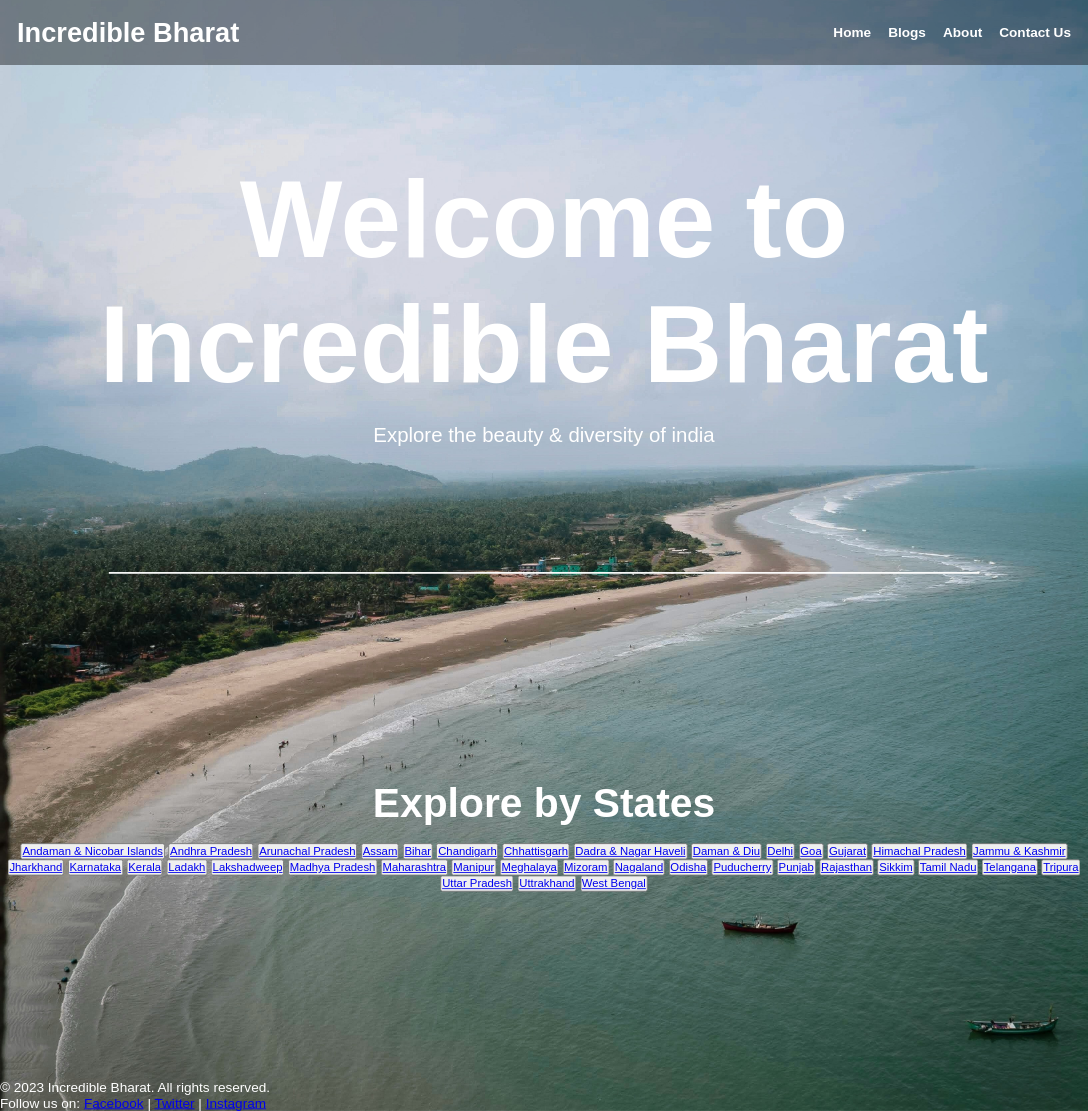
Repository: jaidhiman111/incrediblebharat
Page: index.html
An editor plug-in stored every save of this project. The page is shown before and after the next save, followed by the edit.
The browser window is 1280 px wide. The pictures show the whole page, at 85% of full size.

Above is the page before, as saved 2025-04-30 22:26:11.

### index.html
<!DOCTYPE html>
<html lang="en">
<head>
    <meta charset="UTF-8">
    <link rel="stylesheet" href="/assets/style.css">
    <meta name="viewport" content="width=device-width, initial-scale=1.0">
    <title>Document</title>
</head>
<body>
    <!-- This is the header of the page. -->
    <header class="header">
        <div class="logo">
            <h1>Incredible Bharat</h1>
        </div>
        <div class="nav">
            <nav>
                <ul>
                    <li>
                        <a href="#">Home</a>
                        <a href="#">Blogs</a>
                        <a href="#">About</a>
                        <a href="#">Contact Us</a>
                    </li>
                </ul>
            </nav>
        </div>
    </header>
    <!-- This is the main content of the page. -->
     <main class="main-container">
        <section class="hero-section">
            <h2>Welcome to Incredible Bharat</h2>
            <a href="#">Explore the beauty & diversity of india</a>
        </section>
        <hr>
        <section class="state-section">
        <div>
            <h2>Explore by States</h2>
        </div>
        <div class="state-button">
            <button type="button"><a href="#">Andaman & Nicobar Islands</a></button>
            <button type="button"><a href="#">Andhra Pradesh</a></button>
            <button type="button"><a href="#">Arunachal Pradesh</a></button>
            <button type="button"><a href="#">Assam</a></button>
            <button type="button"><a href="#">Bihar</a></button>
            <button type="button"><a href="#">Chandigarh</a></button>
            <button type="button"><a href="#">Chhattisgarh</a></button>
            <button type="button"><a href="#">Dadra & Nagar Haveli</a></button>
            <button type="button"><a href="#">Daman & Diu</a></button>
            <button type="button"><a href="#">Delhi</a></button>
            <button type="button"><a href="#">Goa</a></button>
            <button type="button"><a href="#">Gujarat</a></button>
            <button type="button"><a href="#">Himachal Pradesh</a></button>
            <button type="button"><a href="#">Jammu & Kashmir</a></button>
            <button type="button"><a href="#">Jharkhand</a></button>
            <button type="button"><a href="#">Karnataka</a></button>
            <button type="button"><a href="#">Kerala</a></button>
            <button type="button"><a href="#">Ladakh</a></button>
            <button type="button"><a href="#">Lakshadweep</a></button>
            <button type="button"><a href="#">Madhya Pradesh</a></button>
            <button type="button"><a href="#">Maharashtra</a></button>
            <button type="button"><a href="#">Manipur</a></button>
            <button type="button"><a href="#">Meghalaya</a></button>
            <button type="button"><a href="#">Mizoram</a></button>
            <button type="button"><a href="#">Nagaland</a></button>
            <button type="button"><a href="#">Odisha</a></button>
            <button type="button"><a href="#">Puducherry</a></button>
            <button type="button"><a href="#">Punjab</a></button>
            <button type="button"><a href="#">Rajasthan</a></button>
            <button type="button"><a href="#">Sikkim</a></button>
            <button type="button"><a href="#">Tamil Nadu</a></button>
            <button type="button"><a href="#">Telangana</a></button>
            <button type="button"><a href="#">Tripura</a></button>
            <button type="button"><a href="#">Uttar Pradesh</a></button>
            <button type="button"><a href="#">Uttrakhand</a></button>
            <button type="button"><a href="#">West Bengal</a></button>
            </div>
        </section>
     </main>
     <!-- This is the footer of the page. -->
      <footer class="footer">
        <div>
            <p>&copy; 2023 Incredible Bharat. All rights reserved.</p>
            <p>Follow us on:
                <a href="#">Facebook</a> |
                <a href="#">Twitter</a> |
                <a href="#">Instagram</a>
        </div>
      </footer>
</body>
</html>

### assets/style.css
* {
    box-sizing: border-box;
    margin: 0;
    padding: 0;
}

body {
    font-family: Arial, sans-serif;
    background-image: url('/media/bg-cover.jpg');
    background-size: cover;
    background-repeat: no-repeat;
    background-position: center;
    color: #fff;
}

/* This is for header */
.header {
    background-color: rgba(0, 0, 0, 0.4);
    display: flex;
    justify-content: space-between;
    align-items: center;
    padding: 20px;
    position: sticky;
    top: 0;
    text-align: center;
}

li {
    list-style: none;
    display: flex;
    gap: 20px;
}

li a {
    text-decoration: none;
    color: #fff;
    font-weight: bold;
}

a:hover {
    color: #ff6347;
}

/* This is for section */
.hero-section {
    display: flex;
    flex-direction: column;    /* stack items vertically */
    justify-content: center;   /* center vertically */
    align-items: center;       /* center horizontally */
    height: 80vh;
    text-align: center;
}

.hero-section h2 {
    font-size: 8rem;
    margin-bottom: 20px;
}

.hero-section a {
    text-decoration: none;
    color: #fff;
    font-size: 1.5rem;
    margin-bottom: 20px;
}

.hero-section a:hover {
    color: #fff;
    text-decoration: underline;
    transform: scale(1.1);
    transition: transform 0.3s ease-in-out;
}

hr {
    width: 80%;
    margin: 20px auto;
    border: 1px solid #fff;
}

.state-section {
    display: flex;
    flex-direction: column;    /* stack items vertically */
    justify-content: center;
    align-items: center;
    height: 80vh;
    text-align: center;
}

.state-section h2 {
    font-size: 3rem;
    margin-bottom: 20px;
}

After the next save:
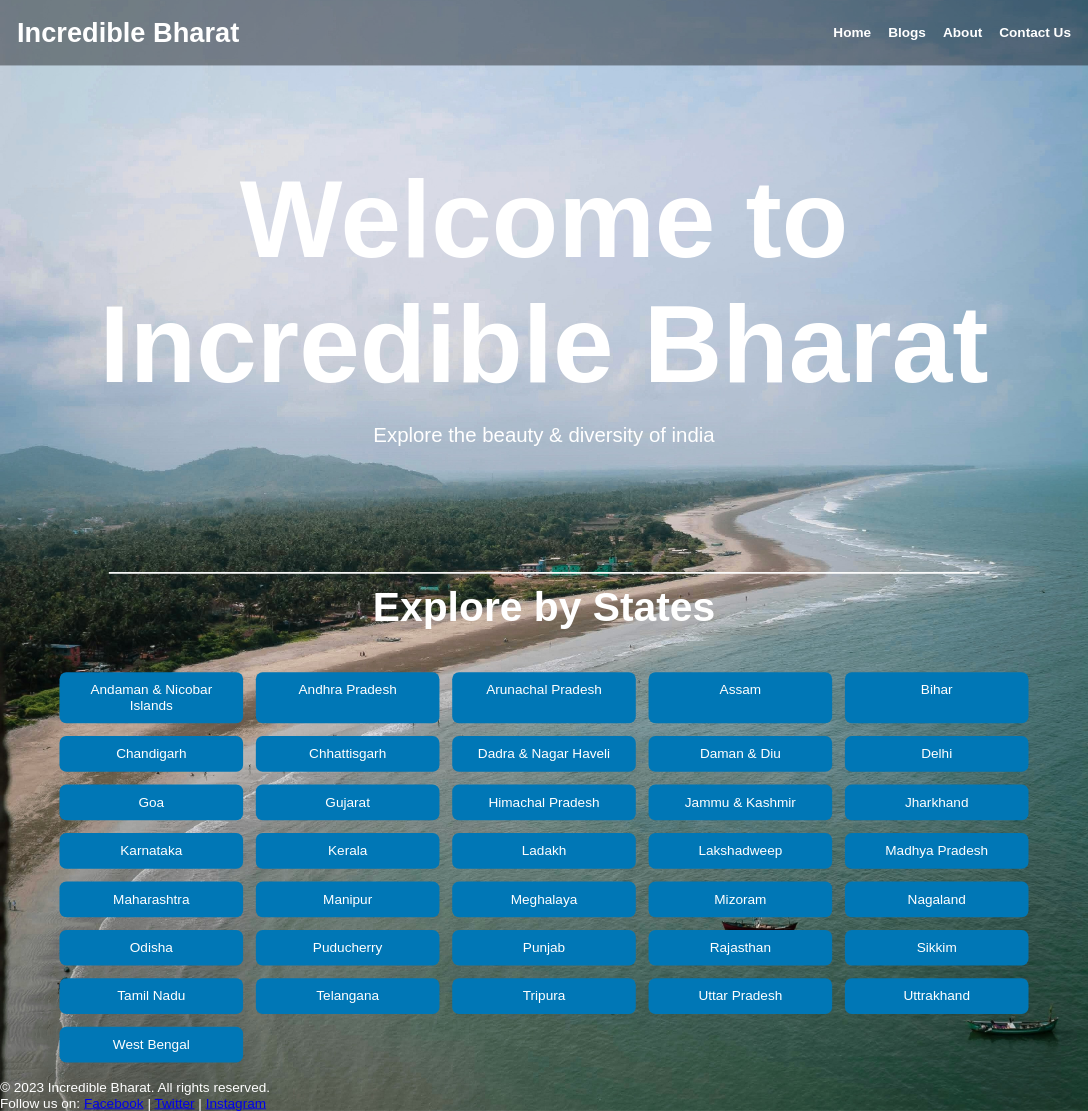
Saved 46 s later.
--- a/assets/style.css
+++ b/assets/style.css
@@ -89,3 +89,35 @@ hr {
     font-size: 3rem;
     margin-bottom: 20px;
 }
+
+.state-button {
+    display: grid;
+    grid-template-columns: repeat(auto-fit, minmax(200px, 1fr)); /* Responsive grid */
+    gap: 15px;
+    padding: 30px;
+    max-width: 1200px;
+    margin: 0 auto;
+  }
+
+  .state-button button {
+    background-color: #0077b6;  /* Soft blue */
+    border: none;
+    border-radius: 8px;
+    padding: 12px 20px;
+    cursor: pointer;
+    transition: background-color 0.3s ease;
+    font-size: 16px;
+    font-weight: 500;
+  }
+
+  .state-button button a {
+    color: #ffffff;
+    text-decoration: none;
+    display: block;
+    width: 100%;
+    height: 100%;
+  }
+
+  .state-button button:hover {
+    background-color: #023e8a; /* Darker blue on hover */
+  }
